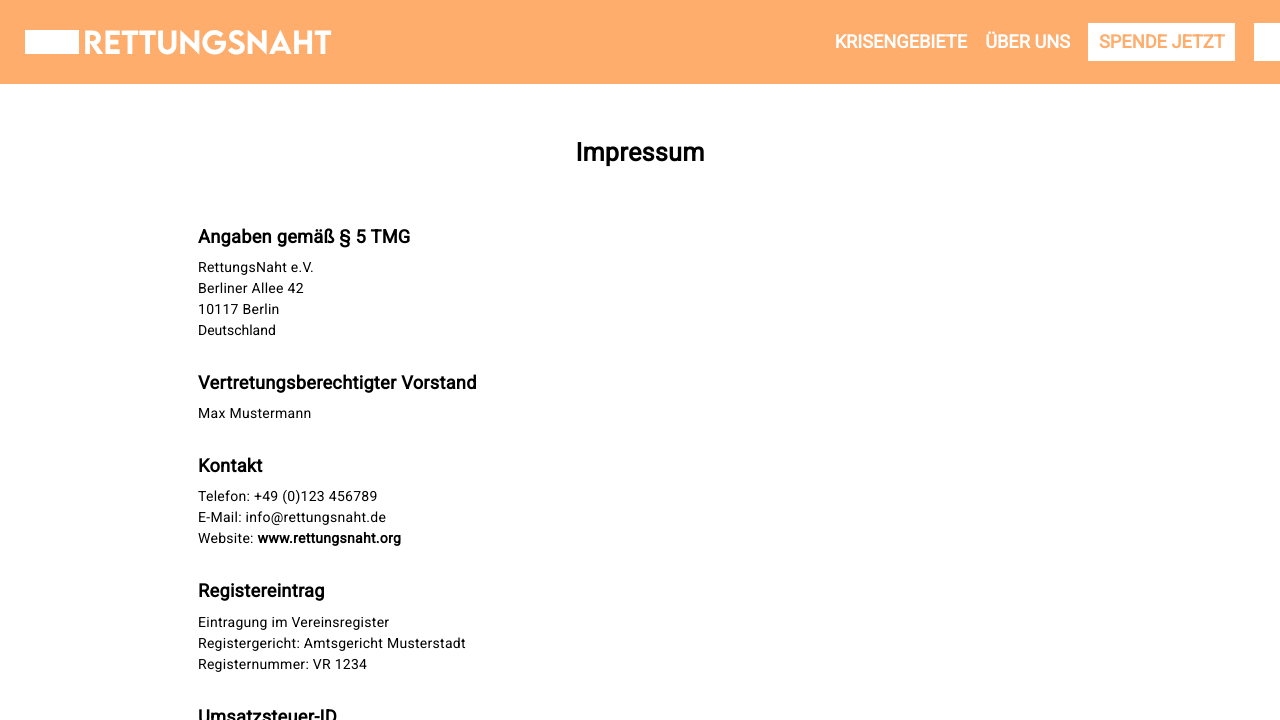
Repository: chriZVee/rettungsnaht
Page: /imprint
An editor plug-in stored every save of this project. The page is shown before and after the next save, followed by the edit.
The browser window is 1280 px wide. The pictures show the whole page.
An inner scrolling area shows only its first screen. The project was rebuilt for these pictures with package versions that can differ from the ones it lists, and the page was loaded fresh each time. Also part of the build but not shown: vite.config.js, src/index.css, src/styles/hero.css, src/components/Hero.jsx, src/styles/form.css, src/components/form/AreaSelection.jsx, src/components/form/ContactData.jsx, src/components/form/DonationMethod.jsx and 17 more.

Above is the page before, as saved 2025-04-17 15:16:20.

After the next save:
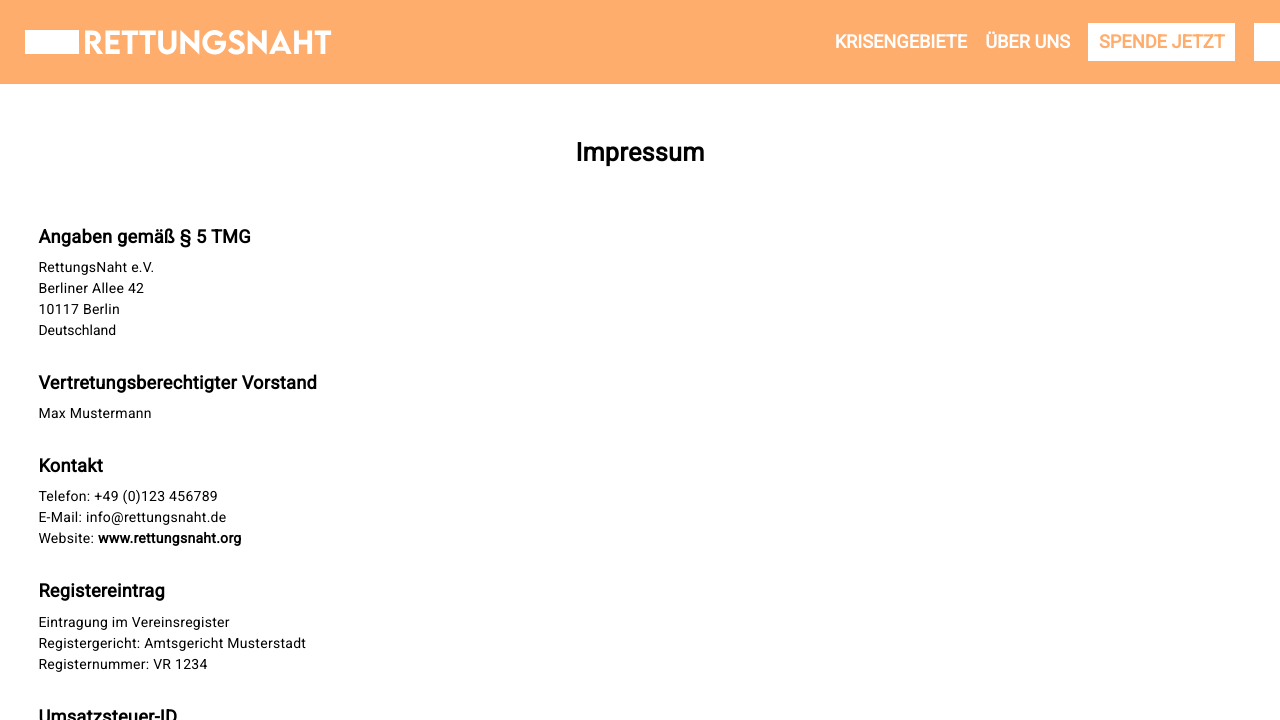
Saved 39 s later.
--- a/src/styles/global.css
+++ b/src/styles/global.css
@@ -124,14 +124,6 @@ a {
   margin: 0 auto;
 }
 
-@media (max-width: 1280px) {
-  .container {
-    width: 100%;
-    max-width: 1024px;
-    padding: 0 3rem;
-  }
-}
-
 /* Laptop/Tablet */
 @media (max-width: 1024px) {
   .container {
